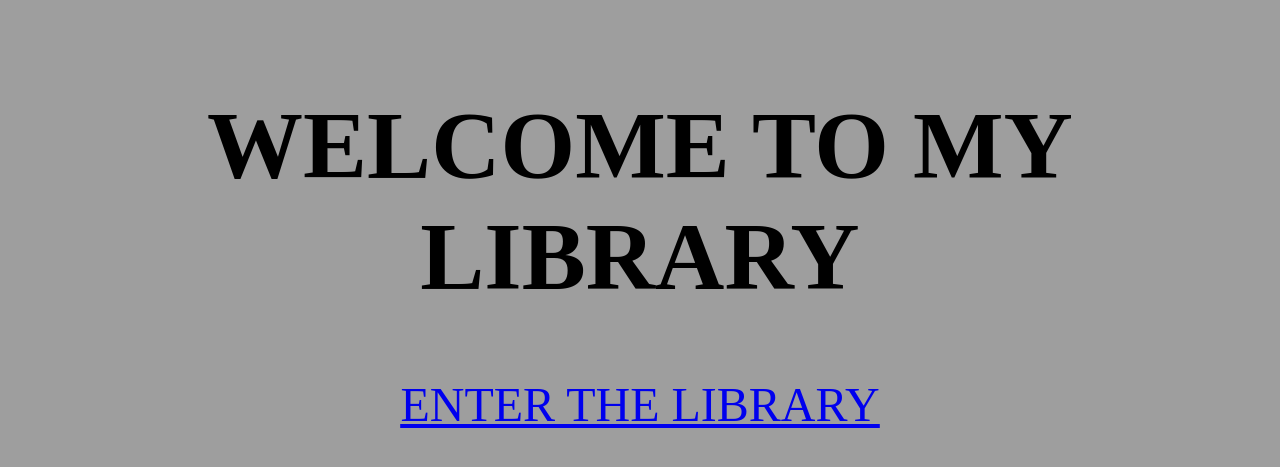
Repository: subhamsourabh265/LibManagementSystemJ2EE-
Page: library/WebContent/mylib.html
The author's editor kept a copy of each file at every save. The page is drawn from the files as they stood at one save, then again after the next save.
The browser window is 1280 px wide. The pictures show the whole page.

Above is the page before, as saved 2015-07-06 19:38:30.

### library/WebContent/mylib.html
<!DOCTYPE html>
<html>
<head>
<meta charset="ISO-8859-1">
<title>LIBRARY</title>
</head>
<body background="F:\IMAGES\wallpaper\rain_drops_wallpaper_plants_nature_wallpaper_1920_1440_1663.jpg"><br>
<font size = 7>
<h1 align = center >	<b>WELCOME TO MY LIBRARY</b></h1>
</font>
<font size=10  color = "burlywood" >
<a  href =  "mylogin.html" ><p style= "text-align:center" > <u>ENTER  THE  LIBRARY</u></p></a>
</font>
</body>
</html>

After the next save:
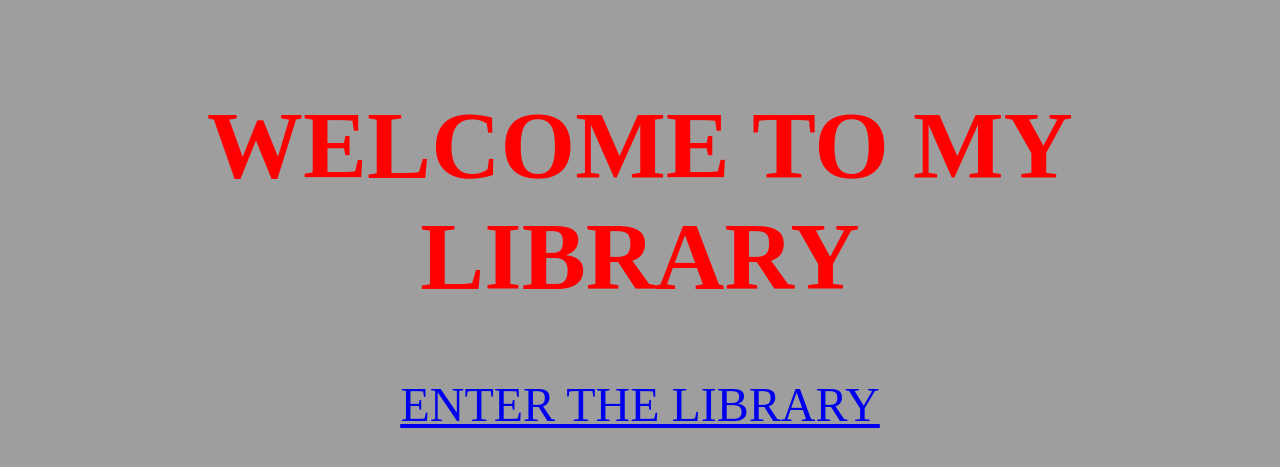
Saved 73 s later.
--- a/library/WebContent/mylib.html
+++ b/library/WebContent/mylib.html
@@ -5,10 +5,10 @@
 <title>LIBRARY</title>
 </head>
 <body background="F:\IMAGES\wallpaper\rain_drops_wallpaper_plants_nature_wallpaper_1920_1440_1663.jpg"><br>
-<font size = 7>
+<font size = 7 color = red>
 <h1 align = center >	<b>WELCOME TO MY LIBRARY</b></h1>
 </font>
-<font size=10  color = "burlywood" >
+<font size=10  color = burlywood >
 <a  href =  "mylogin.html" ><p style= "text-align:center" > <u>ENTER  THE  LIBRARY</u></p></a>
 </font>
 </body>
